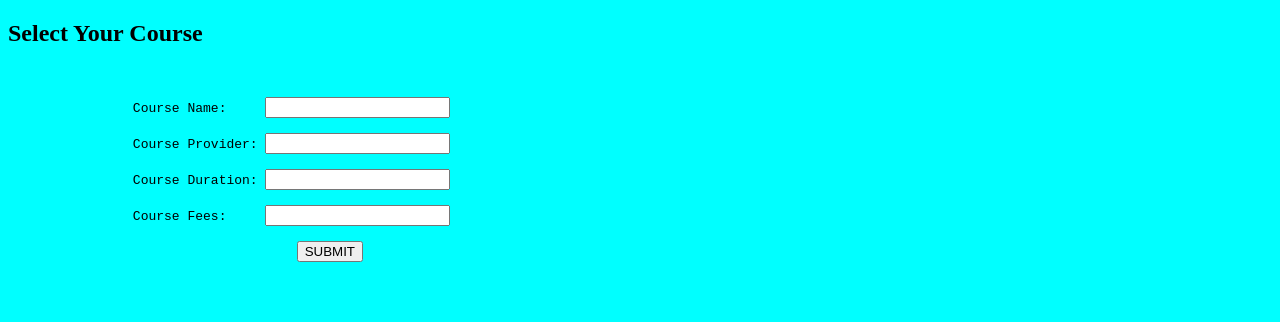
Repository: PallaviWalve/Advance-Java
Page: JavaEE_TODOs/src/main/webapp/WEB-INF/create_course.html
An editor plug-in stored every save of this project. The page is shown before and after the next save, followed by the edit.
The browser window is 1280 px wide. The pictures show the whole page.

Above is the page before, as saved 2024-06-05 10:24:47.

### JavaEE_TODOs/src/main/webapp/WEB-INF/create_course.html
<!DOCTYPE html>
<html>
<body bgcolor="cyan">
	<h2>Select Your Course</h2>
	<form action = "Login" method="post">
		<pre>
		<!--
			<label for="course"><b>Choose a course:</b></label>
				<select name="course" id="courses">
  				<option value="Java">Java</option>
  				<option value="HTML">HTML</option>
  				<option value="Advance Java">Advance Java</option>
  				<option value="Core Java">Core Java</option>
		</select>-->

		Course Name: 	 <input type="text" name="course_name"/>

		Course Provider: <input type="text" name="course_provider"/>

		Course Duration: <input type="number" name="course_duration"/>

		Course Fees:     <input type="number" name="course_fees"/>

			             <input type="submit" value = "SUBMIT"/>

		</pre>
	</form>

</body>
</html>

After the next save:
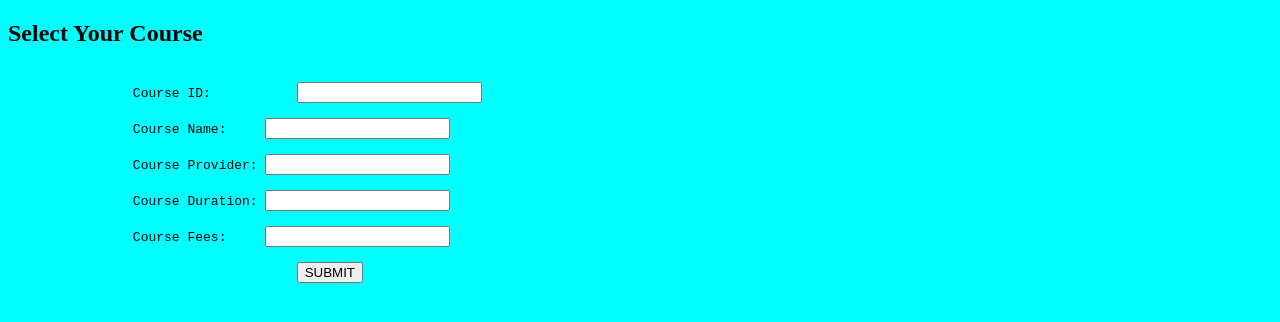
Saved 50 s later.
--- a/JavaEE_TODOs/src/main/webapp/WEB-INF/create_course.html
+++ b/JavaEE_TODOs/src/main/webapp/WEB-INF/create_course.html
@@ -12,6 +12,7 @@
   				<option value="Advance Java">Advance Java</option>
   				<option value="Core Java">Core Java</option>
 		</select>-->
+		Course ID: 	     <input type="number" name="course_id"/>
 
 		Course Name: 	 <input type="text" name="course_name"/>
 
